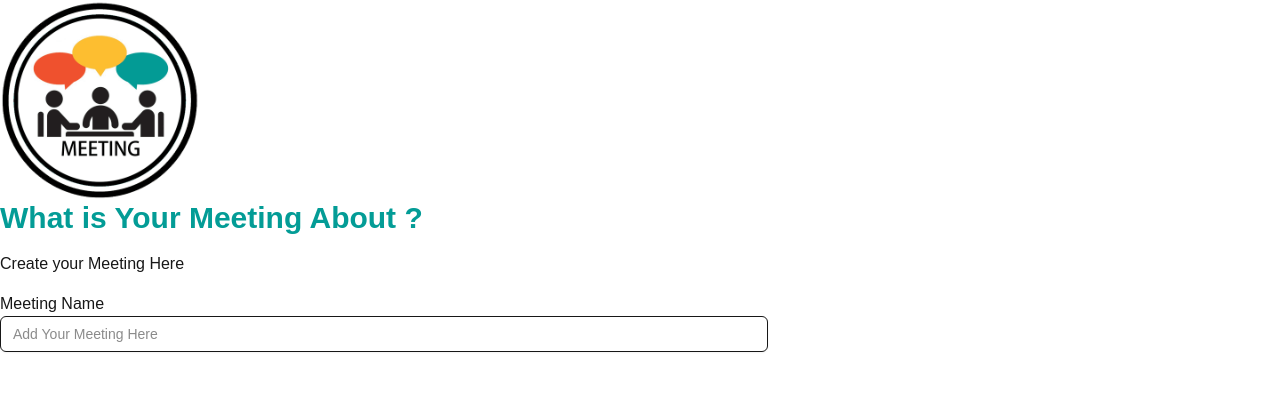
Repository: walaa-horani/scheduleMeetingNextjs
Page: /create-meeting
An editor plug-in stored every save of this project. The page is shown before and after the next save, followed by the edit.
The browser window is 1280 px wide. The pictures show the whole page.
The project was rebuilt for these pictures with package versions that can differ from the ones it lists, and the page was loaded fresh each time. The framework's server and built-in components were replaced by stand-ins that run in the browser. Also part of the build but not shown: next.config.mjs.

Above is the page before, as saved 2025-05-24 10:59:14.

### app/layout.js
import { Inter, JetBrains_Mono } from "next/font/google";
import "./globals.css";

const inter = Inter({
  variable: "--font-sans",
  subsets: ["latin"],
});

const jetbrains = JetBrains_Mono({
  variable: "--font-mono",
  subsets: ["latin"],
});
export const metadata = {
  title: "Create Next App",
  description: "Generated by create next app",
};

export default function RootLayout({ children }) {
  return (
    <html lang="en">
      <body
        className={`${inter.variable} ${inter.variable} antialiased`}
      >
        {children}
      </body>
    </html>
  );
}

### app/(routes)/create-meeting/page.js
import { Input } from '@/components/ui/input'
import React from 'react'
import Image from 'next/image'
function CreateMeeting() {
  return (
    <div>
        <Image width={200} height={200} src="/logo.png" />
        <div className='flex flex-col items center gap-4 max-w-3xl '>
            <h2 className='font-bold text-3xl text-[#039C96]'>What is Your Meeting About ?</h2>
            <p>Create your Meeting Here</p>

        <div>
            <label>Meeting Name</label>
            <Input placeholder="Add Your Meeting Here"/>
        </div>

        </div>
    </div>
  )
}

export default CreateMeeting

### components/ui/input.jsx
import * as React from "react"

import { cn } from "@/lib/utils"

function Input({
  className,
  type,
  ...props
}) {
  return (
    <input
      type={type}
      data-slot="input"
      className={cn(
        "file:text-foreground placeholder:text-muted-foreground selection:bg-primary selection:text-primary-foreground dark:bg-input/30 border-input flex h-9 w-full min-w-0 rounded-md border bg-transparent px-3 py-1 text-base shadow-xs transition-[color,box-shadow] outline-none file:inline-flex file:h-7 file:border-0 file:bg-transparent file:text-sm file:font-medium disabled:pointer-events-none disabled:cursor-not-allowed disabled:opacity-50 md:text-sm",
        "focus-visible:border-ring focus-visible:ring-ring/50 focus-visible:ring-[3px]",
        "aria-invalid:ring-destructive/20 dark:aria-invalid:ring-destructive/40 aria-invalid:border-destructive",
        className
      )}
      {...props} />
  );
}

export { Input }

Loaded but not shown: app/globals.css (common file); lib/utils.js (common file)

After the next save:
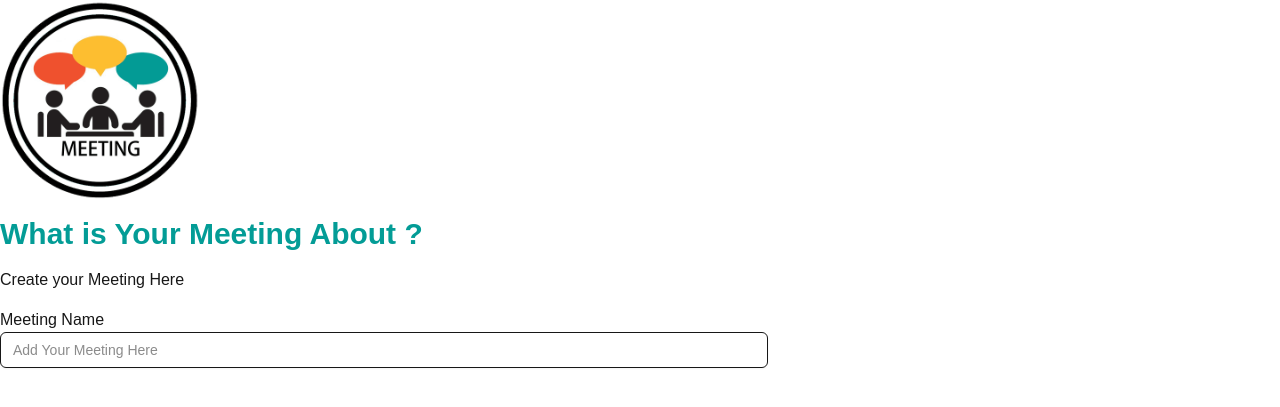
Saved 14 s later.
--- a/app/(routes)/create-meeting/page.js
+++ b/app/(routes)/create-meeting/page.js
@@ -5,7 +5,7 @@
   return (
     <div>
         <Image width={200} height={200} src="/logo.png" />
-        <div className='flex flex-col items center gap-4 max-w-3xl '>
+        <div className='flex flex-col items center gap-4 max-w-3xl mt-4'>
             <h2 className='font-bold text-3xl text-[#039C96]'>What is Your Meeting About ?</h2>
             <p>Create your Meeting Here</p>
 
